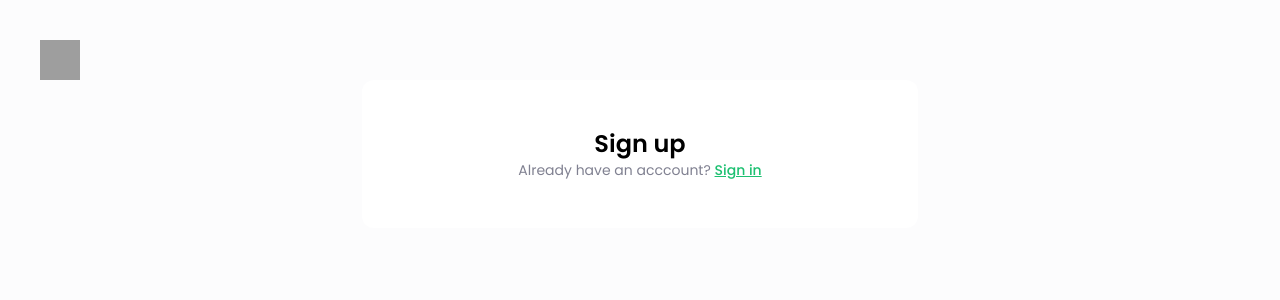
Repository: theweirdboiz/cudotiem-admin
Page: /auth/signup
An editor plug-in stored every save of this project. The page is shown before and after the next save, followed by the edit.
The browser window is 1280 px wide. The pictures show the whole page.
Pictures or frames that could not be fetched are drawn as grey boxes. The project was rebuilt for these pictures with package versions that can differ from the ones it lists, and the page was loaded fresh each time. Some packages were replaced by stand-ins written for this rebuild. Also part of the build but not shown: vite.config.js, src/components/checkbox/Checkbox.jsx, src/components/input/Input.jsx, src/components/common/ErrorComponent.jsx, src/layouts/components/header/Header.jsx, src/layouts/components/sidebar/Sidebar.jsx, src/layouts/components/index.jsx, src/layouts/DefaultLayout.jsx.

Above is the page before, as saved 2023-03-07 09:49:39.

After the next save:
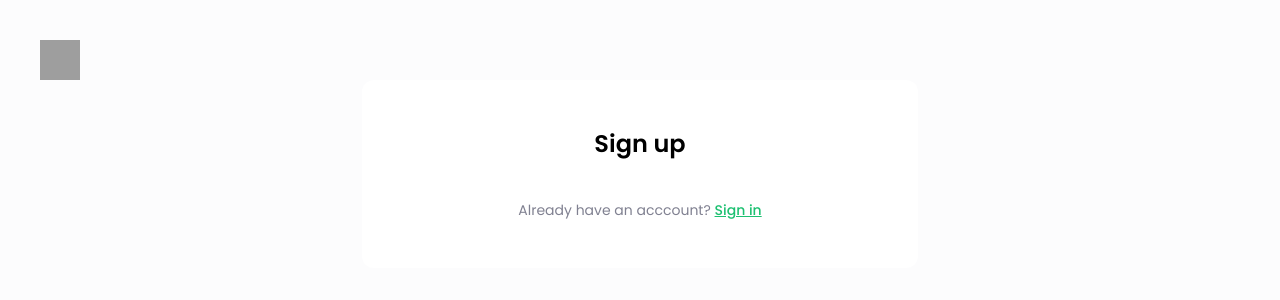
Saved 10 s later.
--- a/src/pages/auth/SingUpPage.jsx
+++ b/src/pages/auth/SingUpPage.jsx
@@ -5,7 +5,7 @@ import { Link } from "react-router-dom";
 const SideUpPage = (props) => {
   return (
     <>
-      <h3 className="font-semibold text-2xl text-center">Sign up</h3>
+      <h3 className="font-semibold text-2xl text-center mb-10">Sign up</h3>
       <p className="text-center lg:text-sm text-xs font-normal text-text-3">
         Already have an acccount?{" "}
         <Link className="text-primary font-medium underline" to="/auth/sign-in">
